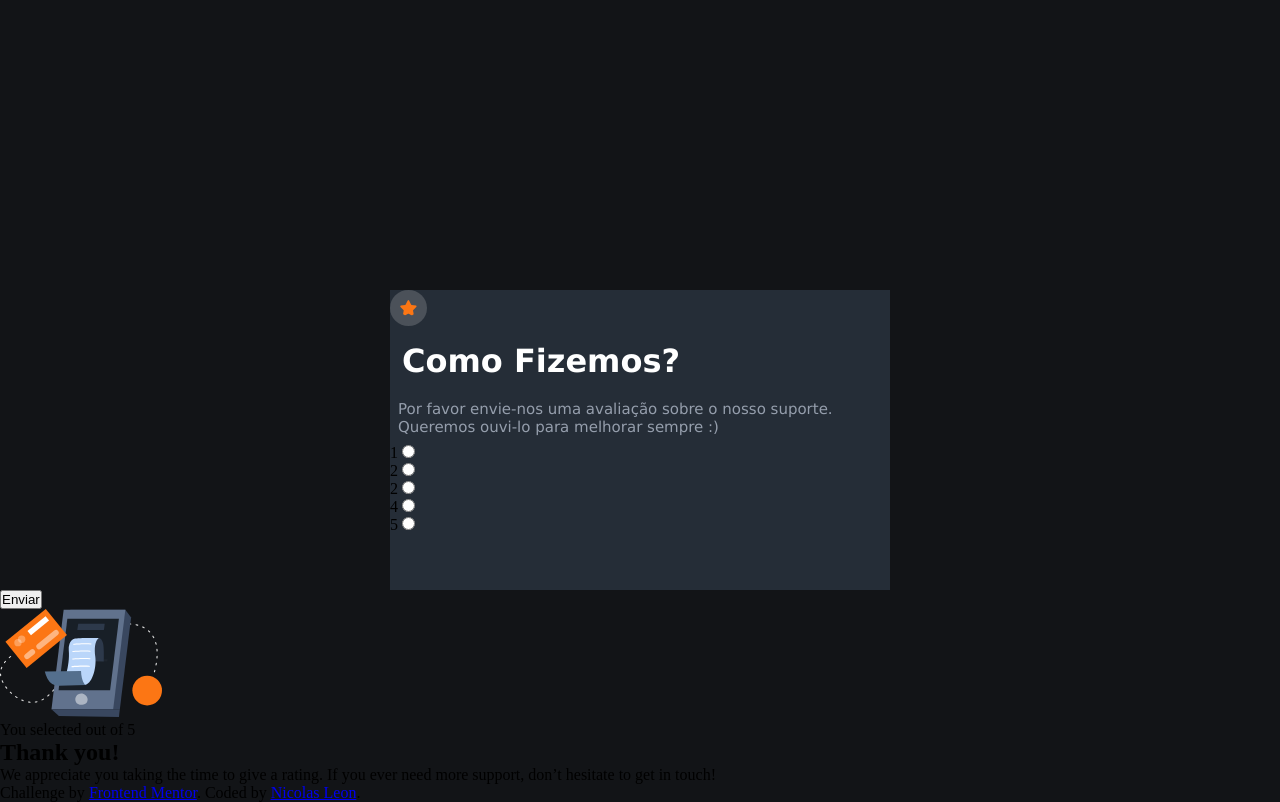
Repository: Leonngc/projeto-avaliacao
Page: index.html
An editor plug-in stored every save of this project. The page is shown before and after the next save, followed by the edit.
The browser window is 1280 px wide. The pictures show the whole page.

Above is the page before, as saved 2023-01-29 20:31:49.
Console error: SyntaxError: Unexpected token ')'

After the next save:
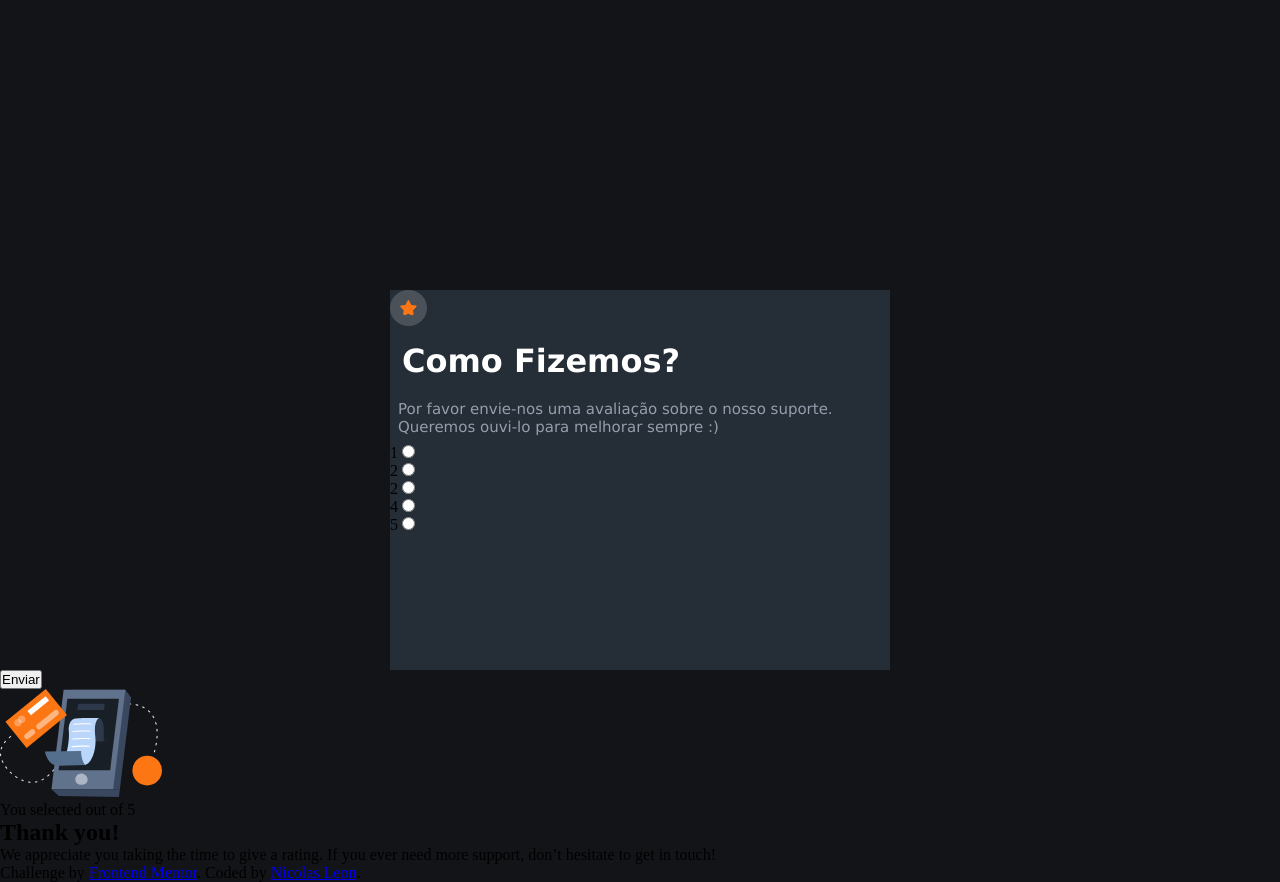
Saved 8 s later.
--- a/styles/style.css
+++ b/styles/style.css
@@ -18,7 +18,7 @@ body{
 #card{
   background-color: var(--dark-blue);
   width: 500px;
-  height: 300px;
+  height: 380px;
   margin: auto;
   margin-top: 290px;
 }
